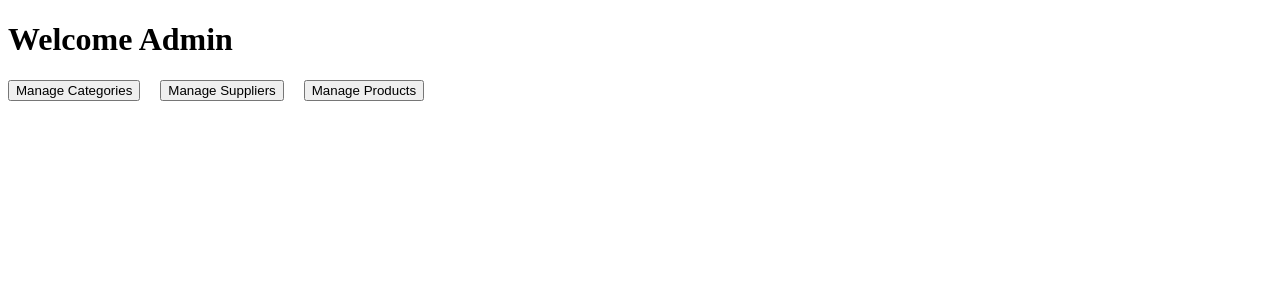
Repository: sravanreddy234/moreProject
Page: moreProject/WebContent/Admin.html
An editor plug-in stored every save of this project. The page is shown before and after the next save, followed by the edit.
The browser window is 1280 px wide. The pictures show the whole page.

Above is the page before, as saved 2017-07-23 06:28:45.

After the next save:
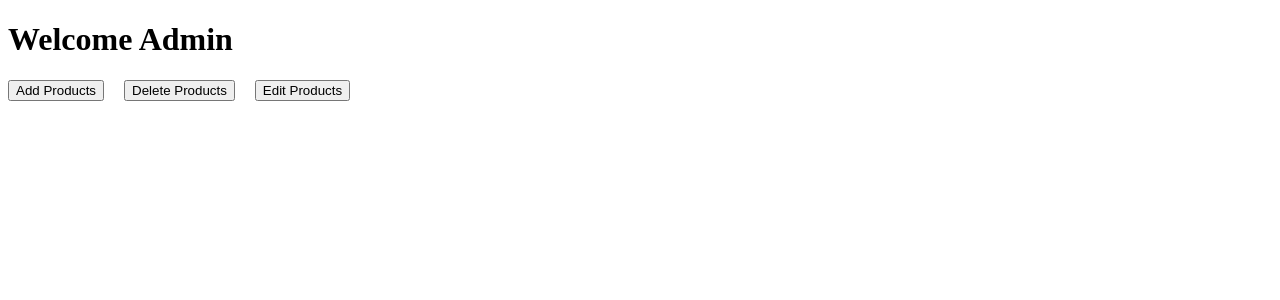
Saved 4 min 18 s later.
--- a/moreProject/WebContent/Admin.html
+++ b/moreProject/WebContent/Admin.html
@@ -7,9 +7,9 @@
 <body>
 <h1>Welcome Admin</h1>
 
-<a href="manageCategories"><button type="button" class="btn btn-primary">Manage Categories</button></a> &nbsp; &nbsp;
-	<a href="manageSuppliers"><button type="button" class="btn btn-success">Manage Suppliers</button></a> &nbsp; &nbsp;
-	<a href="manageProducts"><button type="button" class="btn btn-warning">Manage Products</button></a>
+<a href="addProduct"><button type="button" class="btn btn-primary">Add Products</button></a> &nbsp; &nbsp;
+	<a href="deleteProduct"><button type="button" class="btn btn-success">Delete Products</button></a> &nbsp; &nbsp;
+	<a href="editProduct"><button type="button" class="btn btn-warning">Edit Products</button></a>
 
 
 </body>
